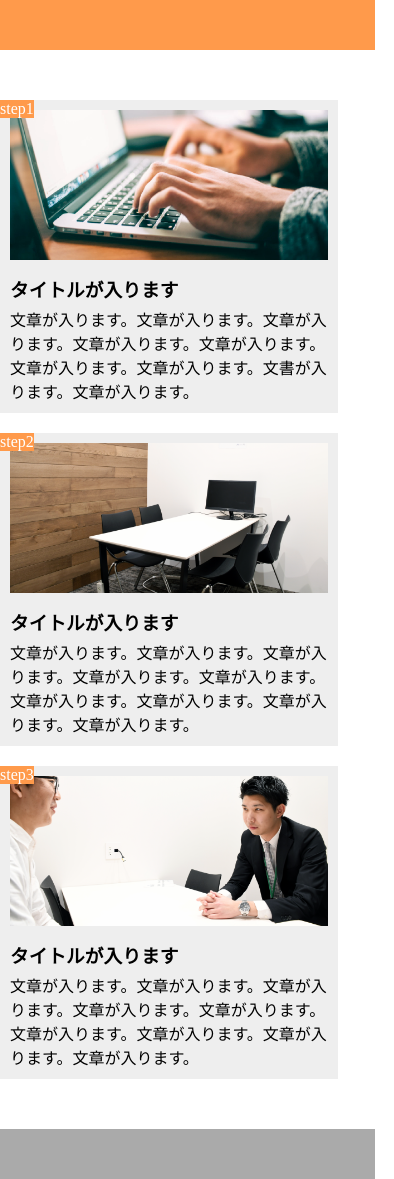
Repository: matsumurashin/flex
Page: chapter9-2-exercise/chap9-2.html
The author's editor kept a record of every edit. The page is drawn from the files as they stood at one moment, then again after the next edit.
The browser window is 375 px wide. The page is 375 px wide, then 394 px, then 375 px, so the pictures cover 394 px, including what lies to the right of the window. The pictures show the whole page.

Above is the page before.

### chapter9-2-exercise/chap9-2.html
<!DOCTYPE <!DOCTYPE html>
<html lang="ja">
<head>
  <meta charset="utf-8" />
  <meta name="viewport" content="width=device-width,initial-scale=1.0">
  <title>chapter9-2の演習</title>

  <link rel="stylesheet" href="./chap9-2.css" />
</head>

<body>
  <header></header>

  <main>
    <!-- ↓ まずstep1全体をboxとしてまとめる -->
    <div class="step-box">
      <!-- ↓ background-imgだからimgを使う宣言的な意味 -->
      <div class="step-img1"></div>
      <!-- ↓ stepのナンバーを決める -->
      <span class="step-num">step1</span>
      <!-- ↓ titleを決める -->
      <h3 class="title">タイトルが入ります</h3>
      <!-- ↓ textを入力 -->
      <p class="text">文章が入ります。文章が入ります。文章が入ります。文章が入ります。文章が入ります。文章が入ります。文章が入ります。文書が入ります。文章が入ります。</p>
    </div>

    <div class="step-box">
      <div class="step-img2"></div>
      <span class="step-num">step2</span>
      <h3 class="title">タイトルが入ります</h3>
      <p class="text">文章が入ります。文章が入ります。文章が入ります。文章が入ります。文章が入ります。文章が入ります。文章が入ります。文章が入ります。文章が入ります。</p>
    </div>

    <div class="step-box">
      <div class="step-img3"></div>
      <span class="step-num">step3</span>
      <h3 class="title">タイトルが入ります</h3>
      <p class="text">文章が入ります。文章が入ります。文章が入ります。文章が入ります。文章が入ります。文章が入ります。文章が入ります。文章が入ります。文章が入ります。</p>
    </div>
  </main>

  <footer></footer>
</body>
</html>

### chapter9-2-exercise/chap9-2.css
* {
  padding: 0;
  margin: 0;
  box-sizing: border-box;
}

a {
  text-decoration: none;
}

header {
  height: 50px;
  background-color: #ff9a4b;
}

main {
  width: 960px;
  margin: 50px auto;
  display: flex;
}

.step-box {
  width: 300px;
  margin-right: 30px;
  padding: 10px;
  position: relative;
  background-color: #eee;
}

.step-box:last-child {
  margin-right: 0;
}

.step-img1 {
  height: 150px;
  background-image: url(img/flow01.png);
  background-position: bottom;
  background-size: cover;
}

.step-img2 {
  height: 150px;
  background-image: url(img/flow02.png);
  background-size: cover;
  background-position: bottom;
}

.step-img3 {
  height: 150px;
  background-image: url(img/flow03.png);
  background-position: bottom;
  background-size: cover;
}

.step-num {
  position: absolute;
  top: 0;
  left: 0;
  background-color: #ff9a4b;
  color: #fff;
}

.title {
  margin: 15px 0 5px 0;
}

footer {
  height: 50px;
  background-color: #aaa;
}

@media screen and (max-width: 425px) {


  main {
    width:100%;
    display: block;
  }

  .step-box {
    width: 90%;
    margin-bottom: 20px;
  }

  .step-img1,.step-img2,.step-img3 {
    height: 150px;
  }

  .step-title {
    width: 100%;
  }

  .step-text {
    width: 100%;
  }

  .step-box:last-child {
    margin-bottom: 0;
  }

}

After the next edit:
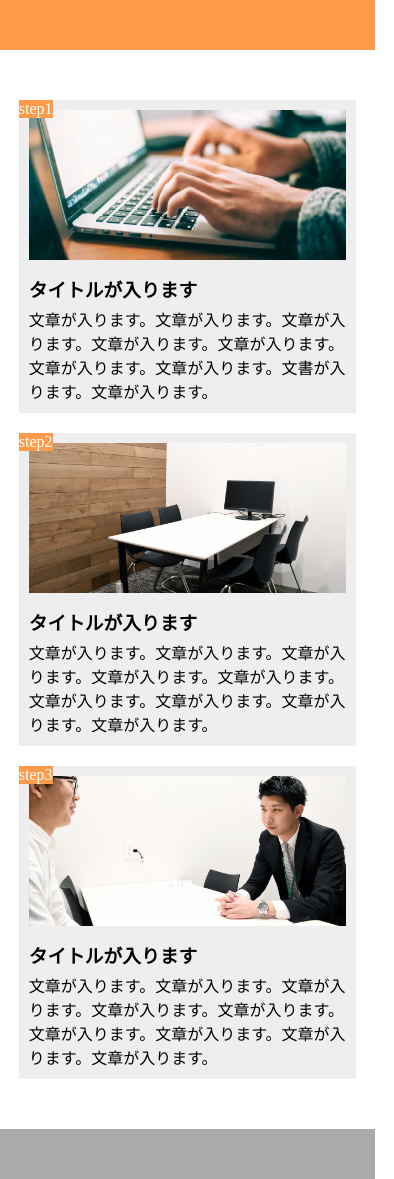
The edit:
--- a/chapter9-2-exercise/chap9-2.css
+++ b/chapter9-2-exercise/chap9-2.css
@@ -75,6 +75,8 @@
   main {
     width:100%;
     display: block;
+    margin-left: 5%;
+    margin-right: 5%;
   }
 
   .step-box {

After the edit that followed:
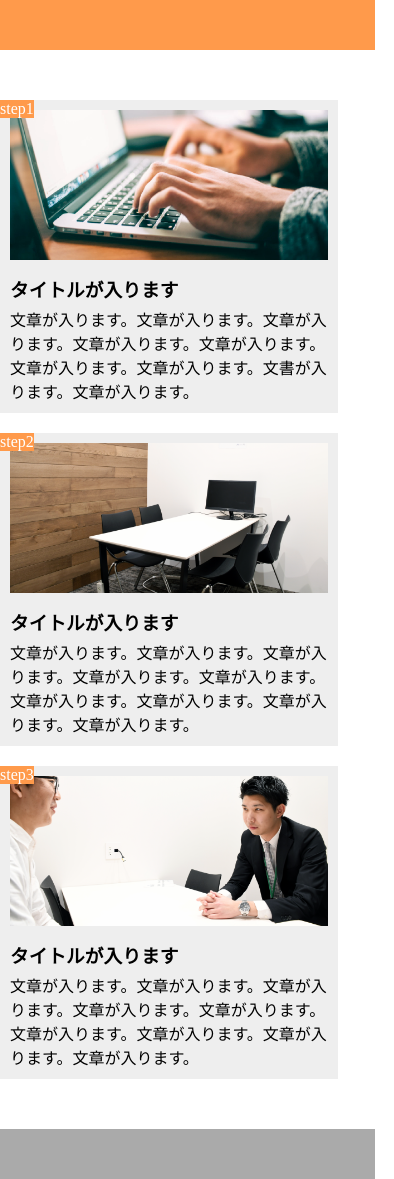
The edit:
--- a/chapter9-2-exercise/chap9-2.css
+++ b/chapter9-2-exercise/chap9-2.css
@@ -75,8 +75,7 @@
   main {
     width:100%;
     display: block;
-    margin-left: 5%;
-    margin-right: 5%;
+
   }
 
   .step-box {
